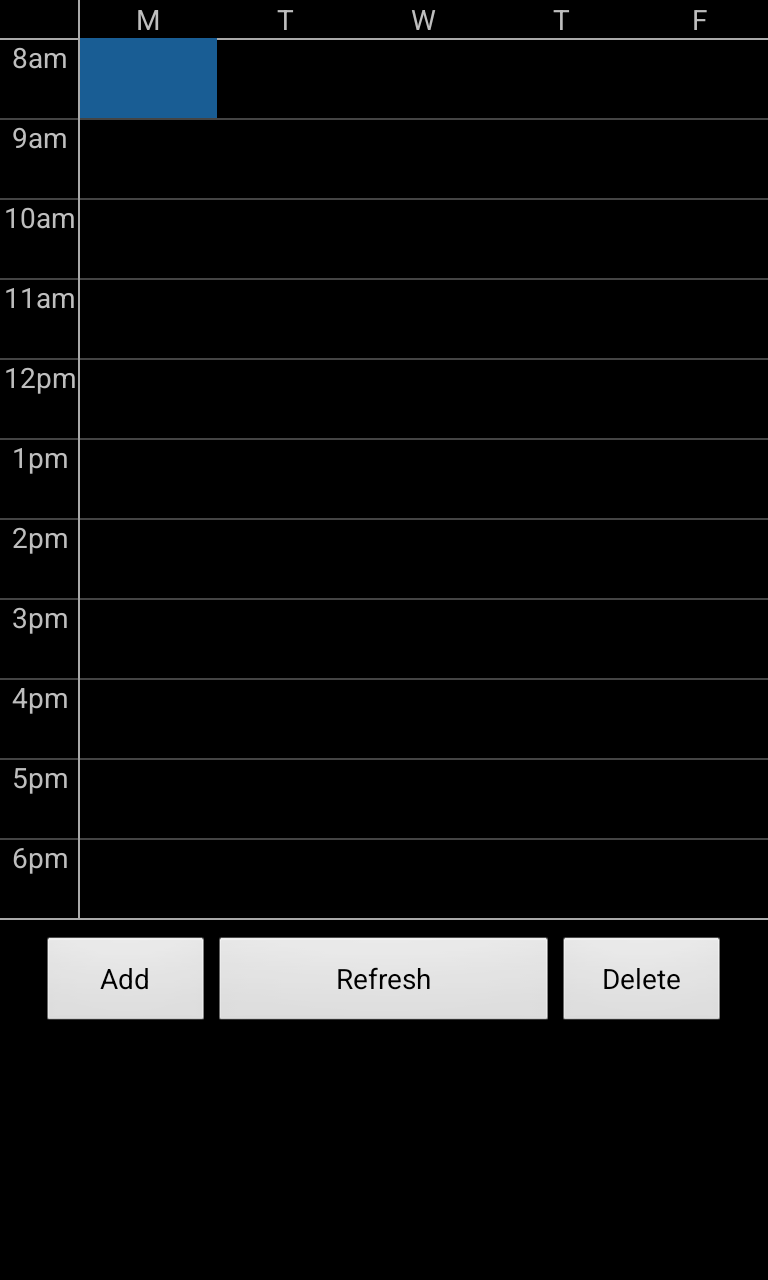
Repository: appsfactory/OfficeHours
Layout: OfficeHoursClient/res/layout/activity_schedule_view.xml
These files come from the project's save history. The layout is drawn as it stood at one moment and after the next save; the edit follows.
It is drawn on a 768 x 1280 px phone screen (xhdpi) without system bars, with theme AppTheme; the app's code is not run.

Above is the layout before, as saved 2012-09-27 17:55:23.

After the next save:
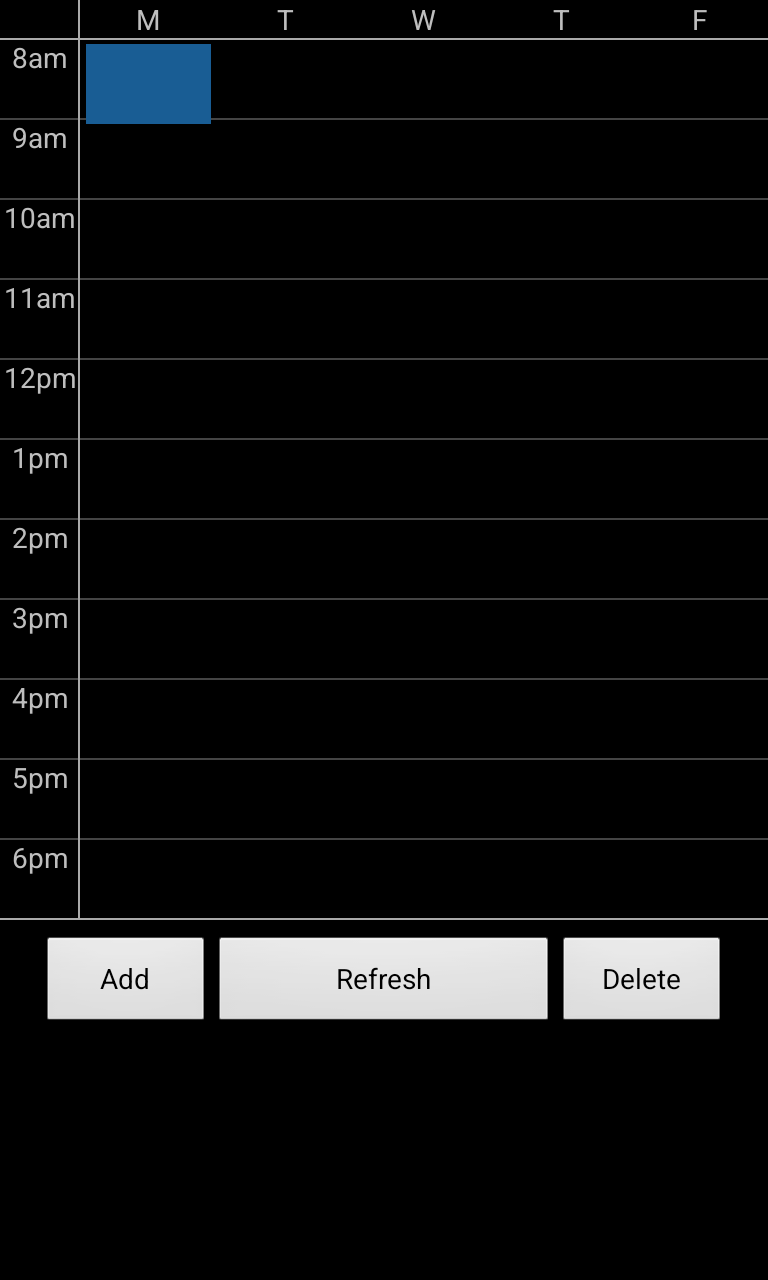
Saved 13 s later.
--- a/OfficeHoursClient/res/layout/activity_schedule_view.xml
+++ b/OfficeHoursClient/res/layout/activity_schedule_view.xml
@@ -237,7 +237,7 @@
                             android:layout_height="match_parent"
                             android:layout_weight="1" >
 
-							<View android:background="#195D94" android:layout_width = "fill_parent" android:layout_height="40dp" android:layout_marginTop="0dp"/>
+							<View android:background="#195D94" android:layout_width = "fill_parent" android:layout_height="40dp" android:layout_margin="3dp"/>
 
                         </RelativeLayout>
 
